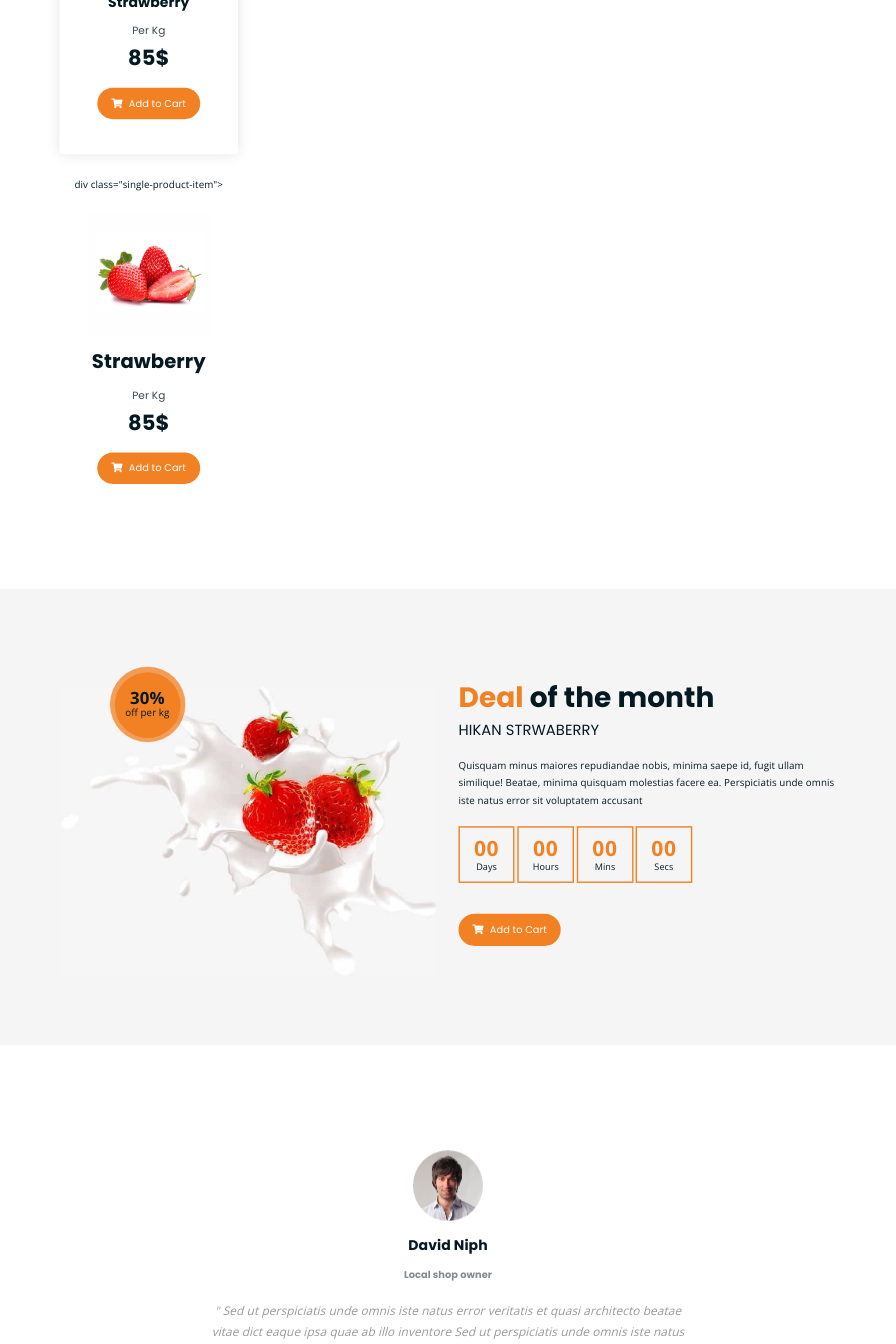
Repository: PhamHao1412/fruit_web
Page: index.html
An editor plug-in stored every save of this project. The page is shown before and after the next save, followed by the edit.
The browser window is 1280 px wide. The pictures show the part of the page from y = 1555 to 3475 px (the page is 4600 px tall before and 5135 px after), at 70% of full size.
Backgrounds fixed to the window are drawn as part of the page.

Above is the page before, as saved 2024-03-12 15:56:33.

After the next save:
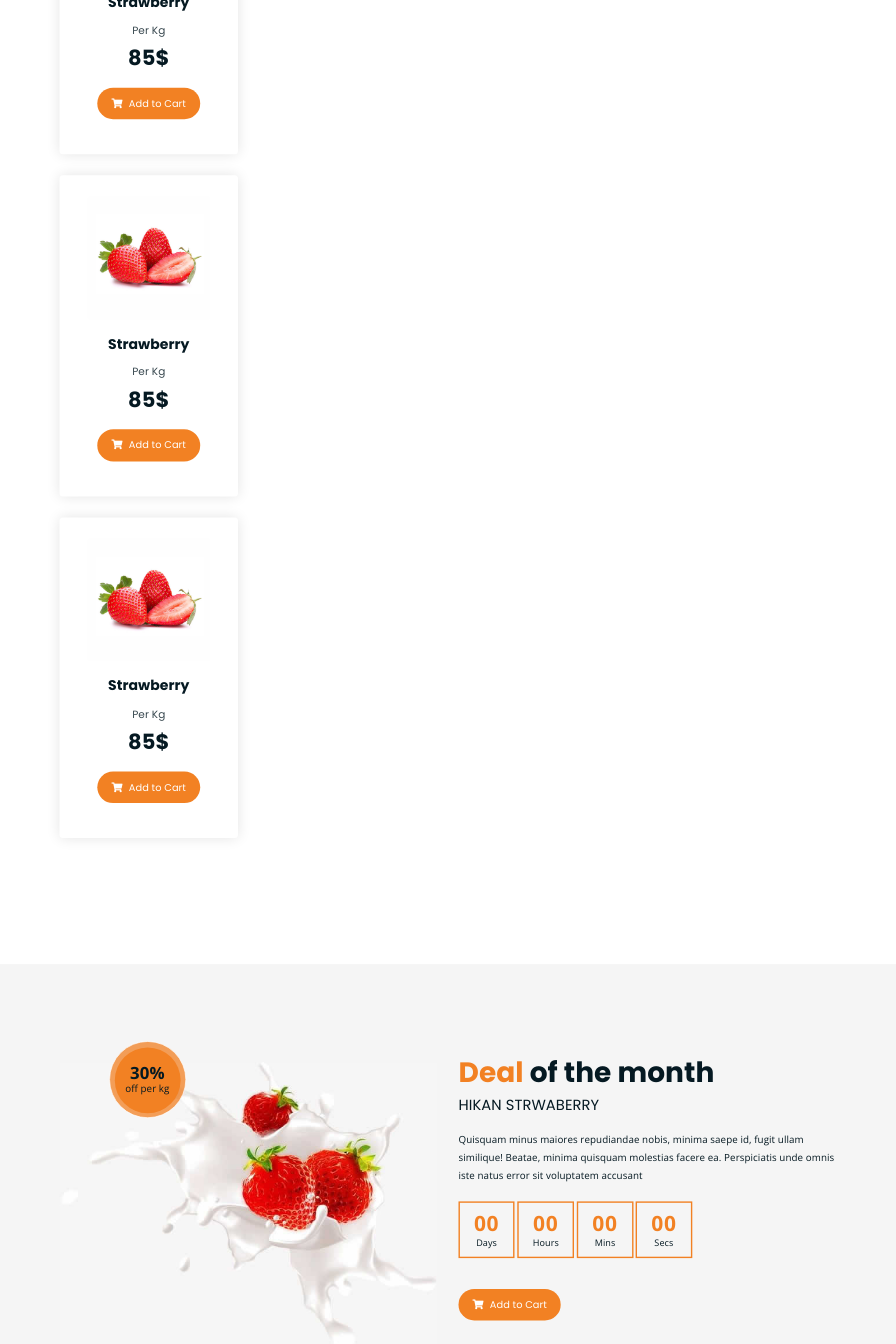
Saved 18 s later.
--- a/index.html
+++ b/index.html
@@ -243,8 +243,27 @@
                 ><i class="fas fa-shopping-cart"></i> Add to Cart</a
               >
             </div>
-
-            div class="single-product-item">
+          </div>
+        </div>
+        <div class="row">
+          <div class="col-lg-3 col-md-6 text-center">
+            <div class="single-product-item">
+              <div class="product-image">
+                <a href="single-product.html"
+                  ><img src="assets/img/products/product-img-1.jpg" alt=""
+                /></a>
+              </div>
+              <h3>Strawberry</h3>
+              <p class="product-price"><span>Per Kg</span> 85$</p>
+              <a href="cart.html" class="cart-btn"
+                ><i class="fas fa-shopping-cart"></i> Add to Cart</a
+              >
+            </div>
+          </div>
+        </div>
+        <div class="row">
+          <div class="col-lg-3 col-md-6 text-center">
+            <div class="single-product-item">
               <div class="product-image">
                 <a href="single-product.html"
                   ><img src="assets/img/products/product-img-1.jpg" alt=""
